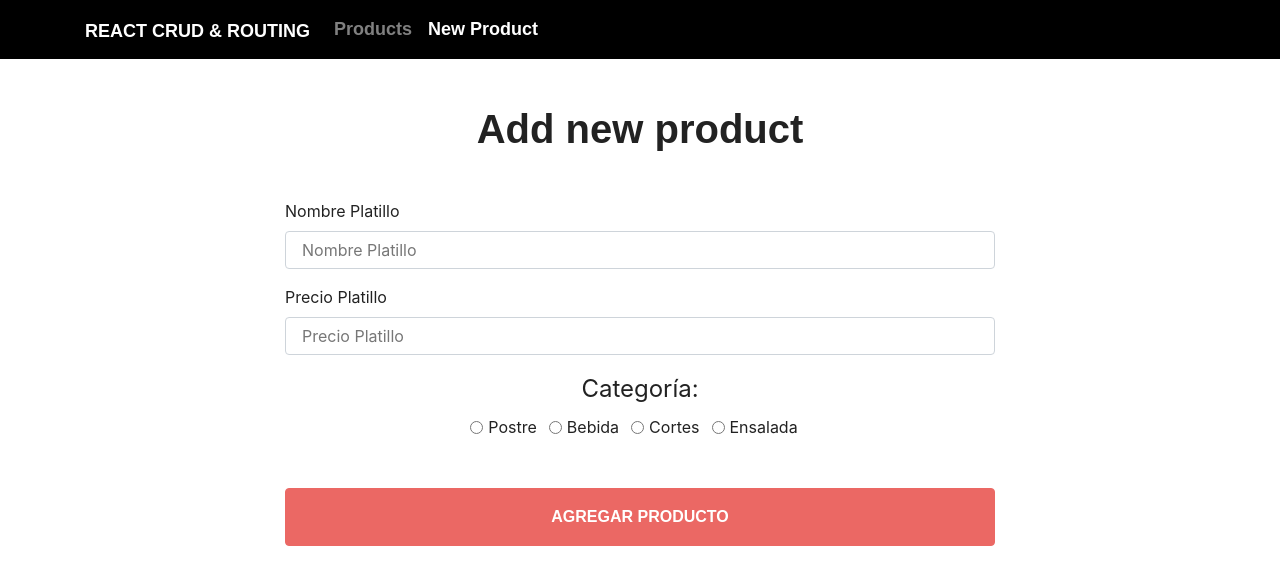
Repository: ppfeliuu/routercrudreact
Page: /new
The author's editor kept a copy of each file at every save. The page is drawn from the files as they stood at one save, then again after the next save.
The browser window is 1280 px wide. The pictures show the whole page.
Some web fonts or font styles are not loaded; a fallback is used. The project was rebuilt for these pictures with package versions that can differ from the ones it lists, and the page was loaded fresh each time. Requests to the local data server were answered from the project's data file. Also part of the build but not shown: src/components/ProductoLista.js, src/components/Productos.js, src/components/Producto.js, src/components/EditarProducto.js.

Above is the page before, as saved 2019-06-26 11:09:00.

### public/index.html
<!DOCTYPE html>
<html lang="en">
  <head>
    <meta charset="utf-8" />
    <link rel="shortcut icon" href="%PUBLIC_URL%/rc.png" />
    <meta name="viewport" content="width=device-width, initial-scale=1" />
    <meta name="theme-color" content="#000000" />
    <!--
      manifest.json provides metadata used when your web app is installed on a
      user's mobile device or desktop. See https://developers.google.com/web/fundamentals/web-app-manifest/
    -->
    <link rel="manifest" href="%PUBLIC_URL%/manifest.json" />
    <link rel="stylesheet" href="/css/bootstrap.min.css">
    <!--
      Notice the use of %PUBLIC_URL% in the tags above.
      It will be replaced with the URL of the `public` folder during the build.
      Only files inside the `public` folder can be referenced from the HTML.

      Unlike "/favicon.ico" or "favicon.ico", "%PUBLIC_URL%/favicon.ico" will
      work correctly both with client-side routing and a non-root public URL.
      Learn how to configure a non-root public URL by running `npm run build`.
    -->
    <title>React App</title>
  </head>
  <body>
    <noscript>You need to enable JavaScript to run this app.</noscript>
    <div id="root"></div>
    <!--
      This HTML file is a template.
      If you open it directly in the browser, you will see an empty page.

      You can add webfonts, meta tags, or analytics to this file.
      The build step will place the bundled scripts into the <body> tag.

      To begin the development, run `npm start` or `yarn start`.
      To create a production bundle, use `npm run build` or `yarn build`.
    -->
  </body>
</html>

### src/App.js
import React, { useEffect, useState } from 'react';
import { BrowserRouter as Router, Route, Switch }  from 'react-router-dom';
import Productos from './components/Productos';
import Producto from './components/Producto';
import EditarProducto from './components/EditarProducto';
import AgregarProducto from './components/AgregarProducto';
import Header from './components/Header';
import axios from 'axios';


function App() {

  const [productos, guardarProductos] = useState([]);

  useEffect(() => {
    const consultarAPI = async () => {
      const resultado = await axios.get('http://localhost:4000/restaurant');

      // console.log(resultado.data);
      guardarProductos(resultado.data);
    }
    consultarAPI();
  }, [])

  return (
    <Router>
      <Header />
      <main className="container mt-5">
      <Switch>
        <Route exact path="/products" render={ () => (
              <Productos
                productos={productos}
              />
            )}
        />
        <Route exact path="/new" component={AgregarProducto} />
        <Route exact path="/products/:id" component={Producto} />
        <Route exact path="/products/edit/:id" component={EditarProducto} />
      </Switch>
      </main>
    </Router>
  );
}

export default App;

### src/components/AgregarProducto.js
import React from "react";

function AgregarProducto() {
  return (
    <div className="col-md-8 mx-auto ">
      <h1 className="text-center">Add new product</h1>

      <form className="mt-5">
        <div className="form-group">
          <label>Nombre Platillo</label>
          <input
            type="text"
            className="form-control"
            name="nombre"
            placeholder="Nombre Platillo"
          />
        </div>

        <div className="form-group">
          <label>Precio Platillo</label>
          <input
            type="number"
            className="form-control"
            name="precio"
            placeholder="Precio Platillo"
          />
        </div>

        <legend className="text-center">Categoría:</legend>
        <div className="text-center">
          <div className="form-check form-check-inline">
            <input
              className="form-check-input"
              type="radio"
              name="categoria"
              value="postre"
            />
            <label className="form-check-label">Postre</label>
          </div>
          <div className="form-check form-check-inline">
            <input
              className="form-check-input"
              type="radio"
              name="categoria"
              value="bebida"
            />
            <label className="form-check-label">Bebida</label>
          </div>

          <div className="form-check form-check-inline">
            <input
              className="form-check-input"
              type="radio"
              name="categoria"
              value="cortes"
            />
            <label className="form-check-label">Cortes</label>
          </div>

          <div className="form-check form-check-inline">
            <input
              className="form-check-input"
              type="radio"
              name="categoria"
              value="ensalada"
            />
            <label className="form-check-label">Ensalada</label>
          </div>
        </div>

        <input
          type="submit"
          className="font-weight-bold text-uppercase mt-5 btn btn-primary btn-block py-3"
          value="Agregar Producto"
        />
      </form>
    </div>
  );
}

export default AgregarProducto;

### src/components/Header.js
import React from 'react';
import { Link, NavLink } from 'react-router-dom';

const Header = () => (
    <nav className="navbar navbar-expand-lg navbar-dark bg-dark">
        <div className="container">
            <Link to="/products" className="navbar-brand">
                React CRUD & Routing
            </Link>

            <ul className="navbar-nav mr-auto">
                <li className="nav-item">
                    <NavLink to="/products" className="nav-link" activeClassName="active">Products</NavLink>
                </li>
                <li className="nav-item">
                    <NavLink to="/new" className="nav-link" activeClassName="active">New Product</NavLink>
                </li>
            </ul>
        </div>
    </nav>
);


export default Header;

### db.json
{
    "restaurant": [
        {
            "precioPlatillo": "200",
            "nombrePlatillo": "Cheescake",
            "categoria": "Postres",
            "id": 1
        },
        {
            "precioPlatillo": "300",
            "nombrePlatillo": "Rib Eye 400g",
            "categoria": "Cortes",
            "id": 2
        }
    ]
}

Loaded but not shown: src/index.js (common file); src/serviceWorker.js (common file); public/css/bootstrap.min.css (library)

After the next save:
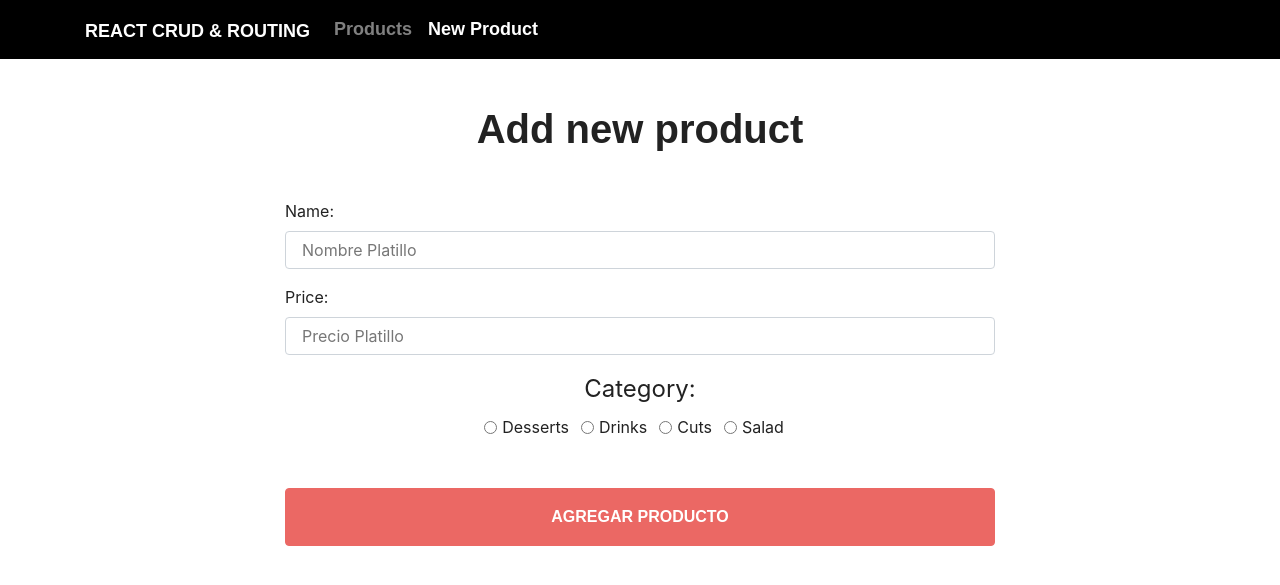
Saved 61 s later.
--- a/src/components/AgregarProducto.js
+++ b/src/components/AgregarProducto.js
@@ -7,7 +7,7 @@ function AgregarProducto() {
 
       <form className="mt-5">
         <div className="form-group">
-          <label>Nombre Platillo</label>
+          <label>Name:</label>
           <input
             type="text"
             className="form-control"
@@ -17,7 +17,7 @@ function AgregarProducto() {
         </div>
 
         <div className="form-group">
-          <label>Precio Platillo</label>
+          <label>Price:</label>
           <input
             type="number"
             className="form-control"
@@ -26,7 +26,7 @@ function AgregarProducto() {
           />
         </div>
 
-        <legend className="text-center">Categoría:</legend>
+        <legend className="text-center">Category:</legend>
         <div className="text-center">
           <div className="form-check form-check-inline">
             <input
@@ -35,7 +35,7 @@ function AgregarProducto() {
               name="categoria"
               value="postre"
             />
-            <label className="form-check-label">Postre</label>
+            <label className="form-check-label">Desserts</label>
           </div>
           <div className="form-check form-check-inline">
             <input
@@ -44,7 +44,7 @@ function AgregarProducto() {
               name="categoria"
               value="bebida"
             />
-            <label className="form-check-label">Bebida</label>
+            <label className="form-check-label">Drinks</label>
           </div>
 
           <div className="form-check form-check-inline">
@@ -54,7 +54,7 @@ function AgregarProducto() {
               name="categoria"
               value="cortes"
             />
-            <label className="form-check-label">Cortes</label>
+            <label className="form-check-label">Cuts</label>
           </div>
 
           <div className="form-check form-check-inline">
@@ -64,7 +64,7 @@ function AgregarProducto() {
               name="categoria"
               value="ensalada"
             />
-            <label className="form-check-label">Ensalada</label>
+            <label className="form-check-label">Salad</label>
           </div>
         </div>
 
